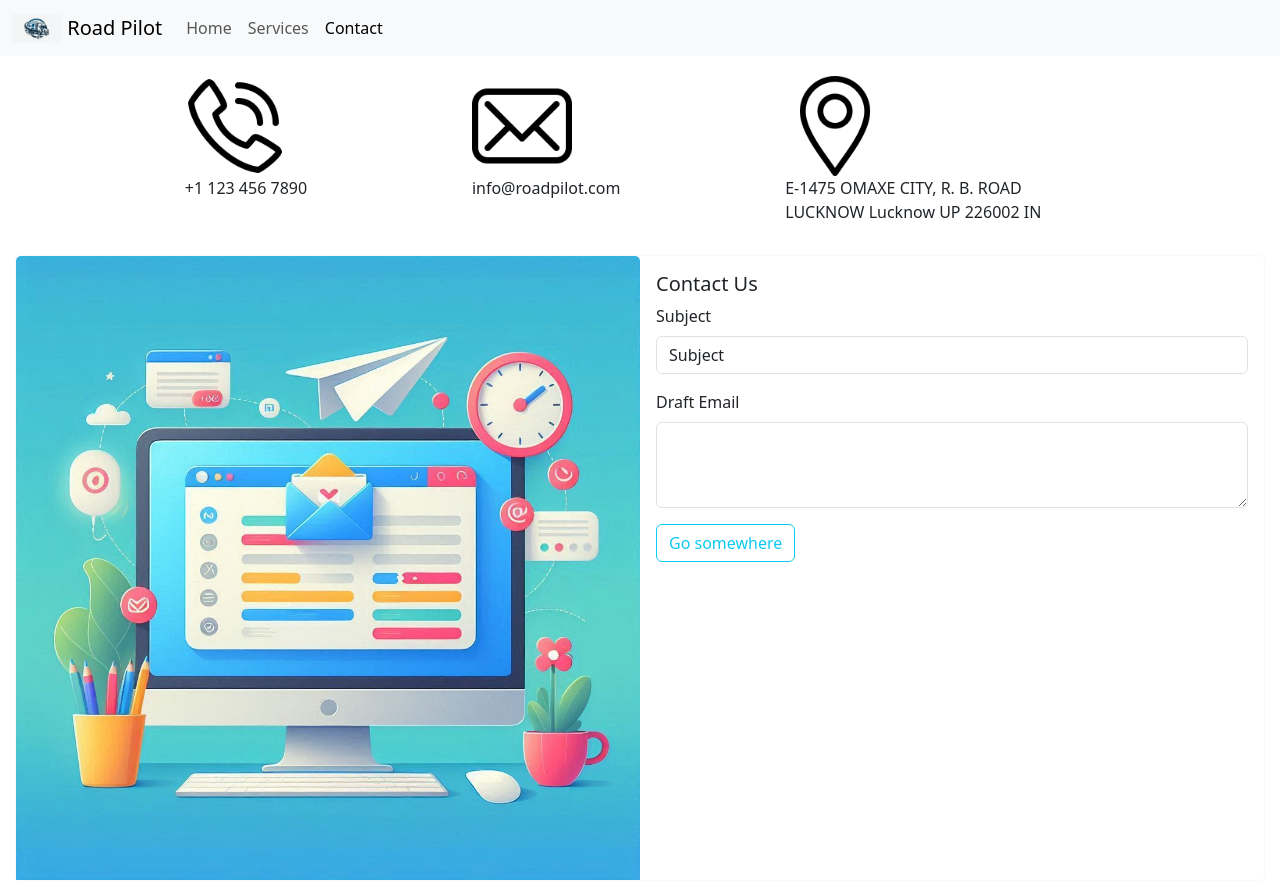
Repository: VictoriousMango/WebCreator
Page: pages/contact.html
An editor plug-in stored every save of this project. The page is shown before and after the next save, followed by the edit.
The browser window is 1280 px wide. The pictures show the whole page.

Above is the page before, as saved 2024-11-09 13:19:04.

After the next save:
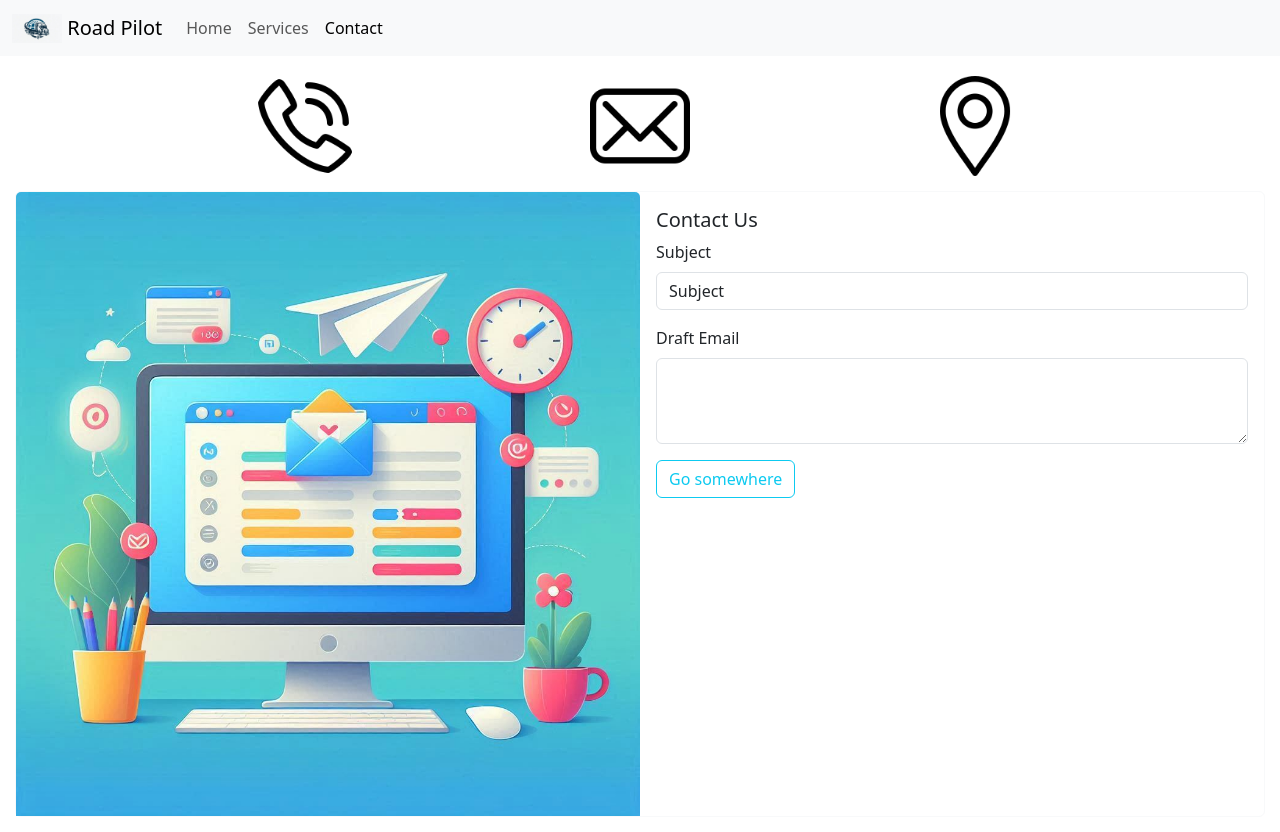
Saved 116 s later.
--- a/assets/css/contact.css
+++ b/assets/css/contact.css
@@ -42,3 +42,49 @@
         width: 100%;
     }
 }
+
+.contact__link {
+    position: relative; /* Positioning context for absolute children */
+    display: inline-block; /* Ensure the link takes up only the necessary space */
+}
+
+.contact__linksIMG {
+    display: block; /* Ensure the image is a block element */
+    transition: opacity 0.3s ease; /* Smooth transition for image opacity */
+}
+
+.contact__link:hover .contact__linksIMG {
+    opacity: 0.3; /* Make the image translucent on hover */
+}
+
+.contact__linksText {
+    position: absolute; /* Position text over the image */
+    top: 50%; /* Center vertically */
+    left: 50%; /* Center horizontally */
+    transform: translate(-50%, -50%); /* Adjust position to center */
+    color: white; /* Text color */
+    opacity: 0; /* Hide text initially */
+    transition: opacity 0.3s ease; /* Smooth transition for text opacity */
+}
+
+.contact__link:hover .contact__linksText {
+    opacity: 1; /* Show text on hover */
+    z-index: 1; /* Ensure text is above the image */
+}
+
+.contact__link::after {
+    content: ''; /* Create a pseudo-element for the translucent background */
+    position: absolute;
+    top: 0;
+    left: 0;
+    right: 0;
+    bottom: 0;
+    background-color: rgba(0, 0, 0, 0.5); /* Translucent background */
+    opacity: 0; /* Hide background initially */
+    transition: opacity 0.3s ease; /* Smooth transition for background */
+    z-index: 0; /* Ensure background is below the text */
+}
+
+.contact__link:hover::after {
+    opacity: 1; /* Show background on hover */
+}
